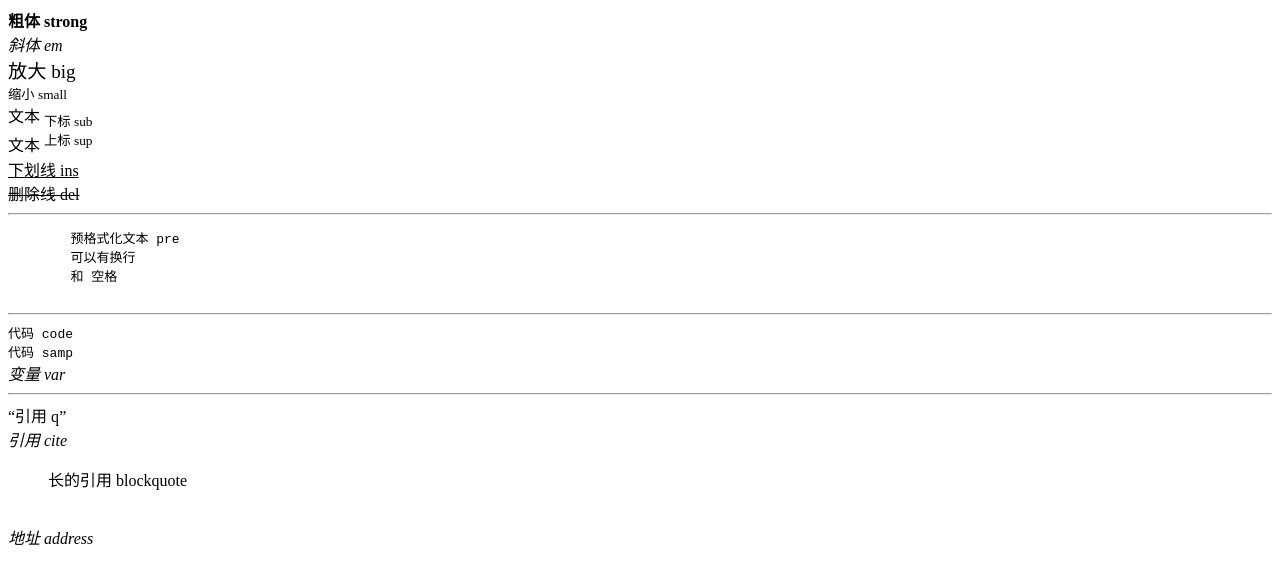
Repository: weizhang05g/learninghtml
Page: 文本格式化.html
The author's editor kept a copy of each file at every save. The page is drawn from the files as they stood at one save, then again after the next save.
The browser window is 1280 px wide. The pictures show the whole page.

Above is the page before, as saved 2019-12-19 09:38:10.

After the next save:
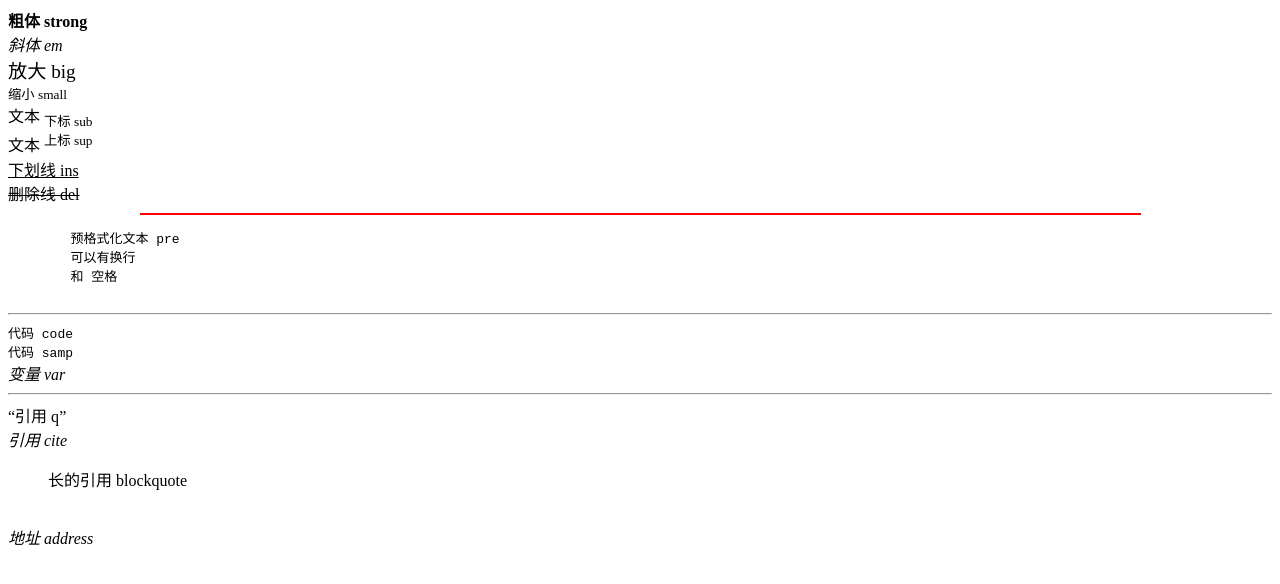
Saved 21 min 14 s later.
--- a/文本格式化.html
+++ b/文本格式化.html
@@ -16,7 +16,7 @@
     <ins>下划线 ins</ins> <br>
     <del>删除线 del</del> <br>
 
-    <hr>
+    <hr width="999" color="red">
     <pre>
         预格式化文本 pre
         可以有换行
